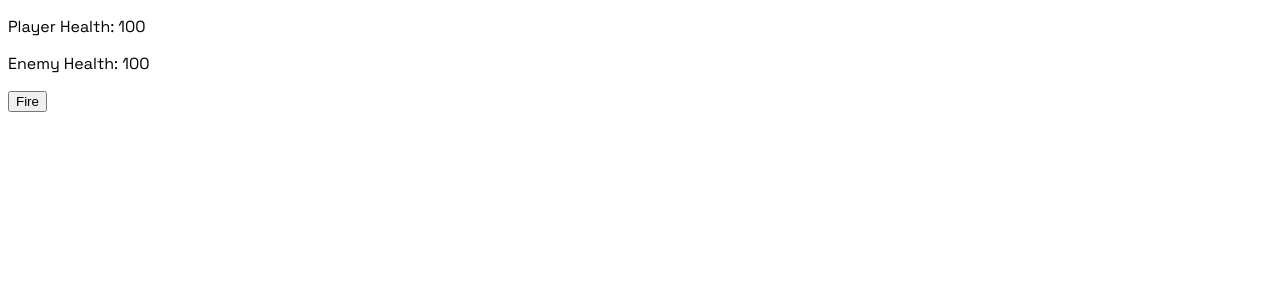
Repository: rmdayberry/Space-Battle
Page: /
These files come from the project's save history. The page is drawn as it stood at one moment and after the next save; the edit follows.
The browser window is 1280 px wide. The pictures show the whole page.
The project was rebuilt for these pictures with package versions that can differ from the ones it lists, and the page was loaded fresh each time. Also part of the build but not shown: vite.config.js, src/App.css.

Above is the page before, as saved 2024-08-24 09:06:43.

After the next save:
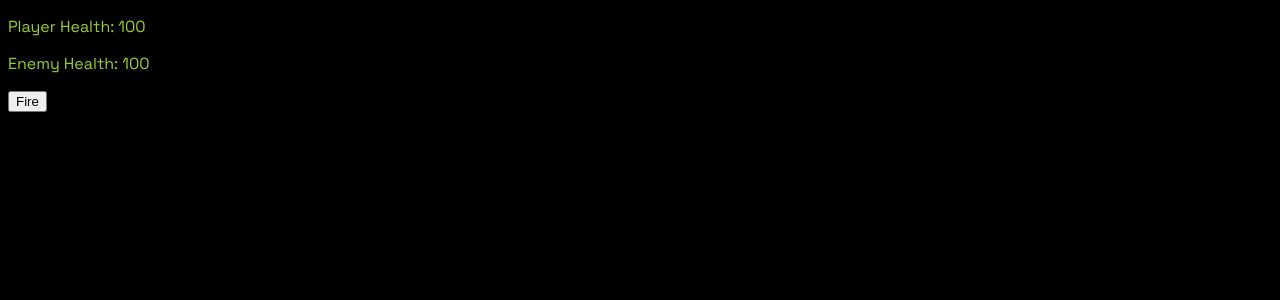
Saved 52 s later.
--- a/src/index.css
+++ b/src/index.css
@@ -1,5 +1,7 @@
 @import url("https://fonts.googleapis.com/css2?family=Space+Grotesk:wght@300..700&display=swap");
 
 body {
+  background-color: black;
   font-family: "Space Grotesk", sans-serif;
+  color: yellowgreen;
 }
